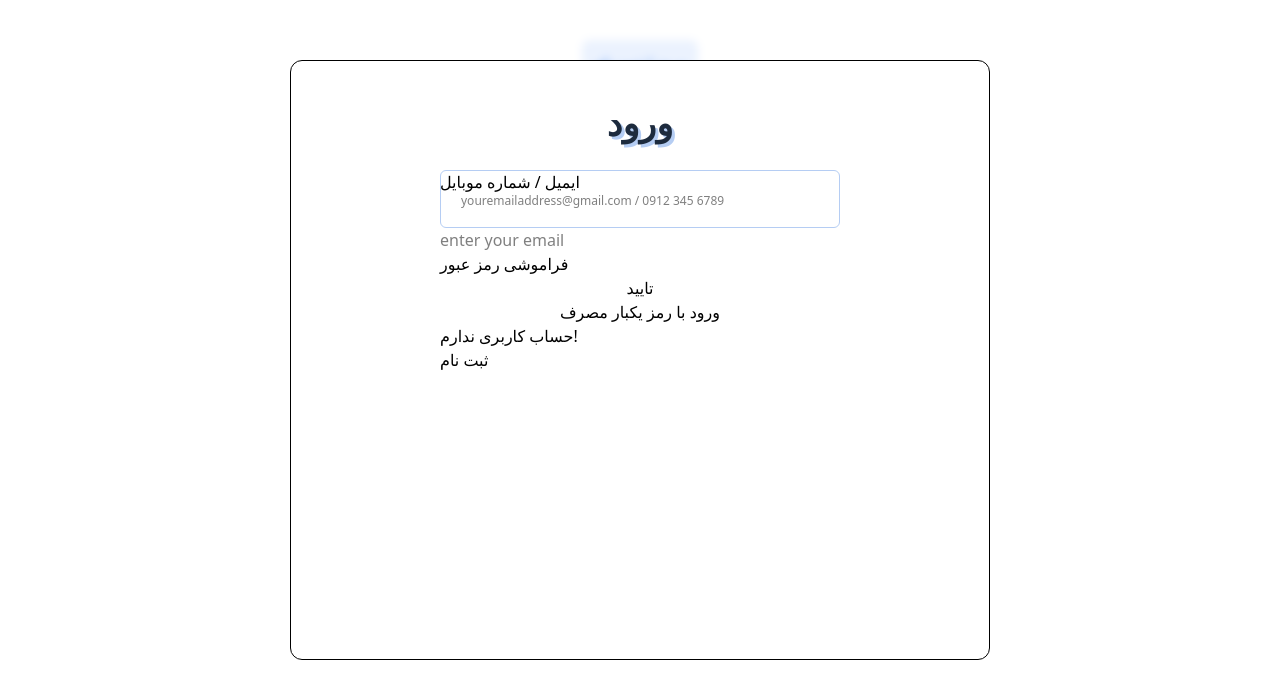
Repository: mohsenSarvariHero/AngularBase
Page: / (app in popup/), after clicking the first element matching `button.rounded-\[8px\]`
The author's editor kept a copy of each file at every save. The page is drawn from the files as they stood at one save, then again after the next save.
The browser window is 1280 px wide. The pictures show the whole page.
The project was rebuilt for these pictures with package versions that can differ from the ones it lists, and the page was loaded fresh each time.

Above is the page before, as saved 2025-03-23 13:16:54.

### popup/src/index.css
@import "tailwindcss";












/* :root {
  font-family: system-ui, Avenir, Helvetica, Arial, sans-serif;
  line-height: 1.5;
  font-weight: 400;

  color-scheme: light dark;
  color: rgba(255, 255, 255, 0.87);
  background-color: #242424;

  font-synthesis: none;
  text-rendering: optimizeLegibility;
  -webkit-font-smoothing: antialiased;
  -moz-osx-font-smoothing: grayscale;
}

a {
  font-weight: 500;
  color: #646cff;
  text-decoration: inherit;
}
a:hover {
  color: #535bf2;
}

body {
  margin: 0;
  display: flex;
  place-items: center;
  min-width: 320px;
  min-height: 100vh;
}

h1 {
  font-size: 3.2em;
  line-height: 1.1;
}

button {
  border-radius: 8px;
  border: 1px solid transparent;
  padding: 0.6em 1.2em;
  font-size: 1em;
  font-weight: 500;
  font-family: inherit;
  background-color: #1a1a1a;
  cursor: pointer;
  transition: border-color 0.25s;
}
button:hover {
  border-color: #646cff;
}
button:focus,
button:focus-visible {
  outline: 4px auto -webkit-focus-ring-color;
}

@media (prefers-color-scheme: light) {
  :root {
    color: #213547;
    background-color: #ffffff;
  }
  a:hover {
    color: #747bff;
  }
  button {
    background-color: #f9f9f9;
  }
} */

### popup/src/App.jsx

import './App.css'
import PopUp from './popUp/PopUp'
import React, { useState } from 'react';
function App() {
  const [showModal, setShowModal] = useState(false);

  return (
    <div className="flex justify-center mt-10 text-amber-50">
     <button className="rounded-[8px] bg-[#EBF2FE] cursor-pointer text-[#3B82F6] p-3" onClick={() => setShowModal(true)}>ورود / ثبت نام</button>

      {showModal && <PopUp onclose={()=>setShowModal(false)} />}
      </div>
  )
}

export default App

### popup/src/popUp/PopUp.jsx
// import { useState } from "react"

// export default function PopUp(){

//     const[openPopup,setopenPopup]=useState(false)
//     return(
//         <div>
//             {
//                 openPopup &&
//                 <div className="bg-amber-500">
//                 <div className="text-neutral-900">
//                     <h1>ورود</h1>
//                     <input type="text"/>
//                     <input type="submit"/>
//                     <button onClick={() => setOpenPopup(false)}>بستن</button>;

//                 </div>
//             </div>
//             }

//         </div>
//     )
// }

// export default function PopUp({ setOpenPopup }) {
//   return (
//     <div className="bg-amber-500">
//       <div className="text-neutral-900">
//         <h1>ورود</h1>
//         <input type="text" />
//         <input type="submit" />
//         <button onClick={() => setOpenPopup(false)}>close</button>

//         {/* دکمه بستن پاپ آپ */}
//       </div>
//     </div>
//   );
// }



import React, { useRef } from 'react';
import { X } from 'lucide-react';

function PopUp({onclose }) {
    const modalref=useRef();
    const closemodal= (e)=>{
        if(modalref.current===e.target){
            onclose();
        }
    }



  return (
    <div ref={modalref} onClick={closemodal} className="fixed inset-0 text-amber-50  backdrop-blur-xs flex justify-center items-center mb-5">
      <div className="mt-10 flex flex-col gap-5 text-black">
        <div className="rounded-xl bg-white flex flex-col gap-5 items-center mx-4 border-1 border-black w-[700px] h-[600px] mb-5">
          <h1 className='text-[#1d2b3e] text-[35px] font-bold mt-9 ' style={{ textShadow: '3px 3px 0px #B5CDF3' }}>ورود</h1>
          <form className='flex flex-col'>
            <div className='flex flex-col'>
            <label className='absolute right-'>ایمیل / شماره موبایل</label>
              <input type="email" placeholder="youremailaddress@gmail.com / 0912 345 6789" className='border-1 border-[#B5CDF3] rounded-md px-5 py-4 w-[400px] relative placeholder:text-[12px]'    required />
            </div>
            <input type="password" placeholder="enter your email" required />
            <a>فراموشی رمز عبور</a>
            <button type="submit">تایید</button>
            <button type="submit">ورود با رمز یکبار مصرف</button>
            <a>حساب کاربری ندارم!</a>
            <a>ثبت نام</a>
          </form>
        </div>
      </div>
    </div>
  );
}

export default PopUp;

Loaded but not shown: popup/index.html (common file); popup/src/main.jsx (common file); popup/src/App.css (common file)

After the next save:
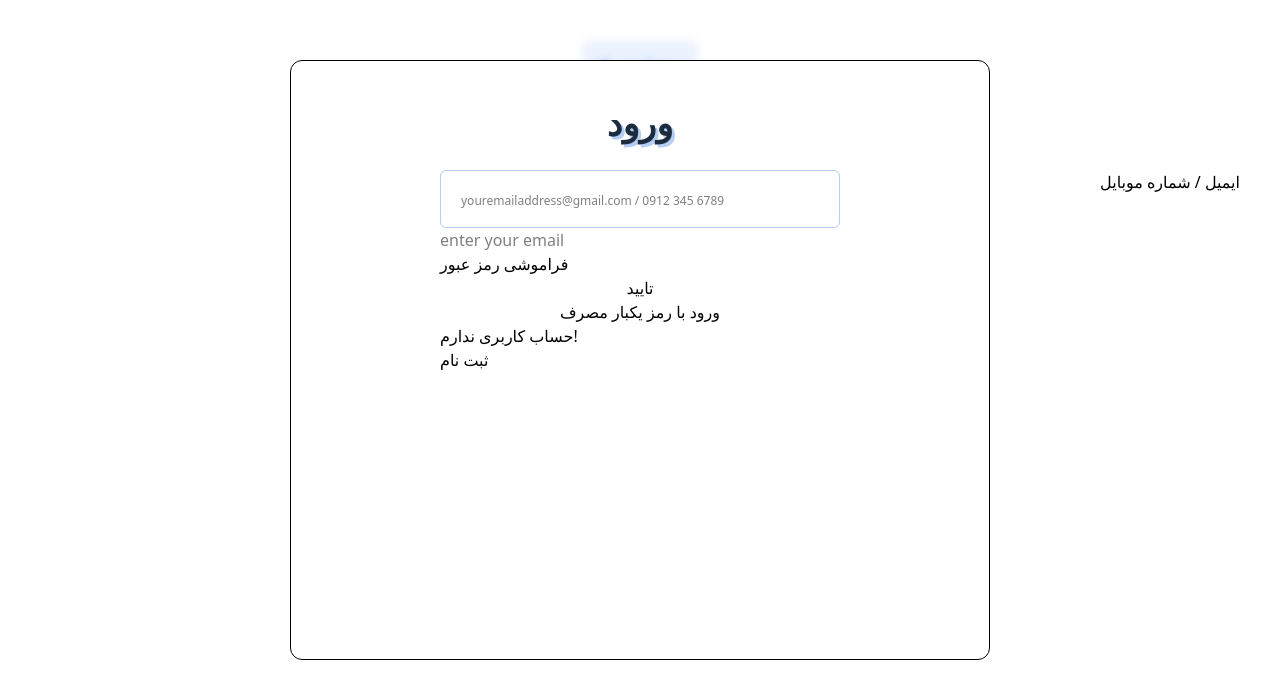
Saved 1 s later.
--- a/popup/src/popUp/PopUp.jsx
+++ b/popup/src/popUp/PopUp.jsx
@@ -59,7 +59,7 @@
           <h1 className='text-[#1d2b3e] text-[35px] font-bold mt-9 ' style={{ textShadow: '3px 3px 0px #B5CDF3' }}>ورود</h1>
           <form className='flex flex-col'>
             <div className='flex flex-col'>
-            <label className='absolute right-'>ایمیل / شماره موبایل</label>
+            <label className='absolute right-10'>ایمیل / شماره موبایل</label>
               <input type="email" placeholder="youremailaddress@gmail.com / 0912 345 6789" className='border-1 border-[#B5CDF3] rounded-md px-5 py-4 w-[400px] relative placeholder:text-[12px]'    required />
             </div>
             <input type="password" placeholder="enter your email" required />

After the 3 saves that followed:
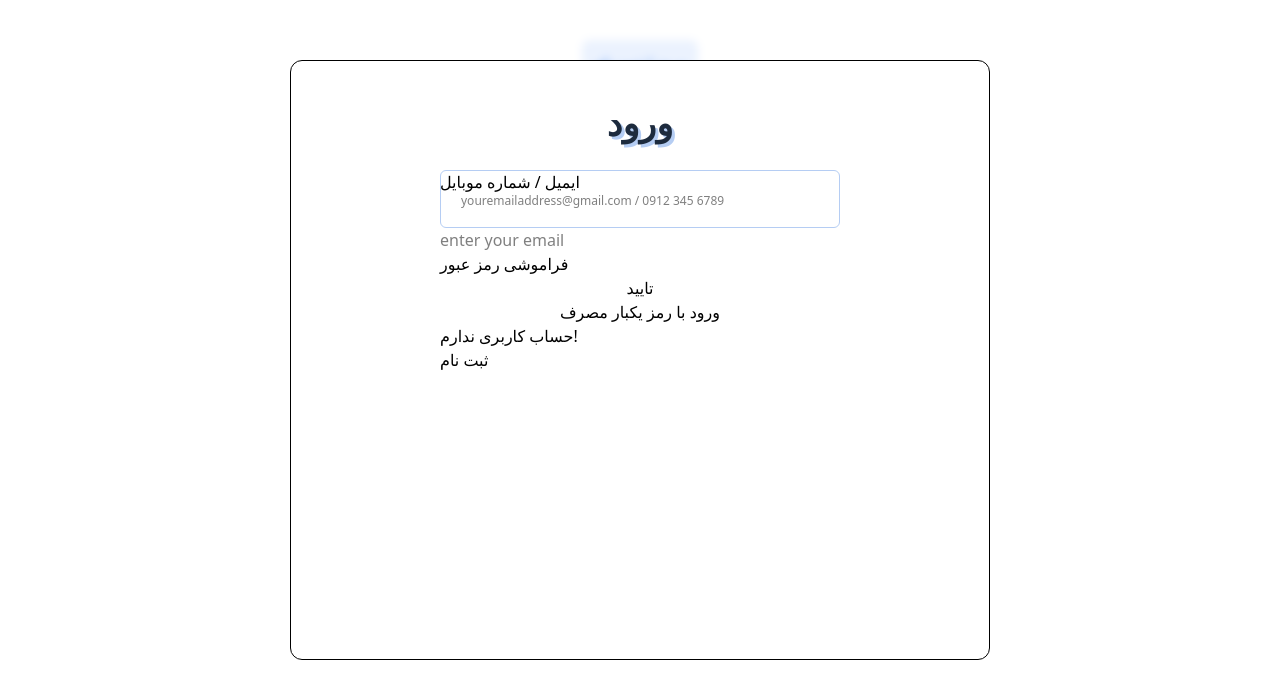
The 3 saves are shown as one change because 2 left the picture as it was.
The last was saved 23 s later.
--- a/popup/src/popUp/PopUp.jsx
+++ b/popup/src/popUp/PopUp.jsx
@@ -59,8 +59,8 @@
           <h1 className='text-[#1d2b3e] text-[35px] font-bold mt-9 ' style={{ textShadow: '3px 3px 0px #B5CDF3' }}>ورود</h1>
           <form className='flex flex-col'>
             <div className='flex flex-col'>
-            <label className='absolute right-10'>ایمیل / شماره موبایل</label>
-              <input type="email" placeholder="youremailaddress@gmail.com / 0912 345 6789" className='border-1 border-[#B5CDF3] rounded-md px-5 py-4 w-[400px] relative placeholder:text-[12px]'    required />
+            <label className='absolute right-'>ایمیل / شماره موبایل</label>
+              <input type="email" placeholder="youremailaddress@gmail.com / 0912 345 6789" className='border-1 border-[#B5CDF3] rounded-md px-5 py-4 w-[400px] placeholder:text-[12px]'    required />
             </div>
             <input type="password" placeholder="enter your email" required />
             <a>فراموشی رمز عبور</a>
